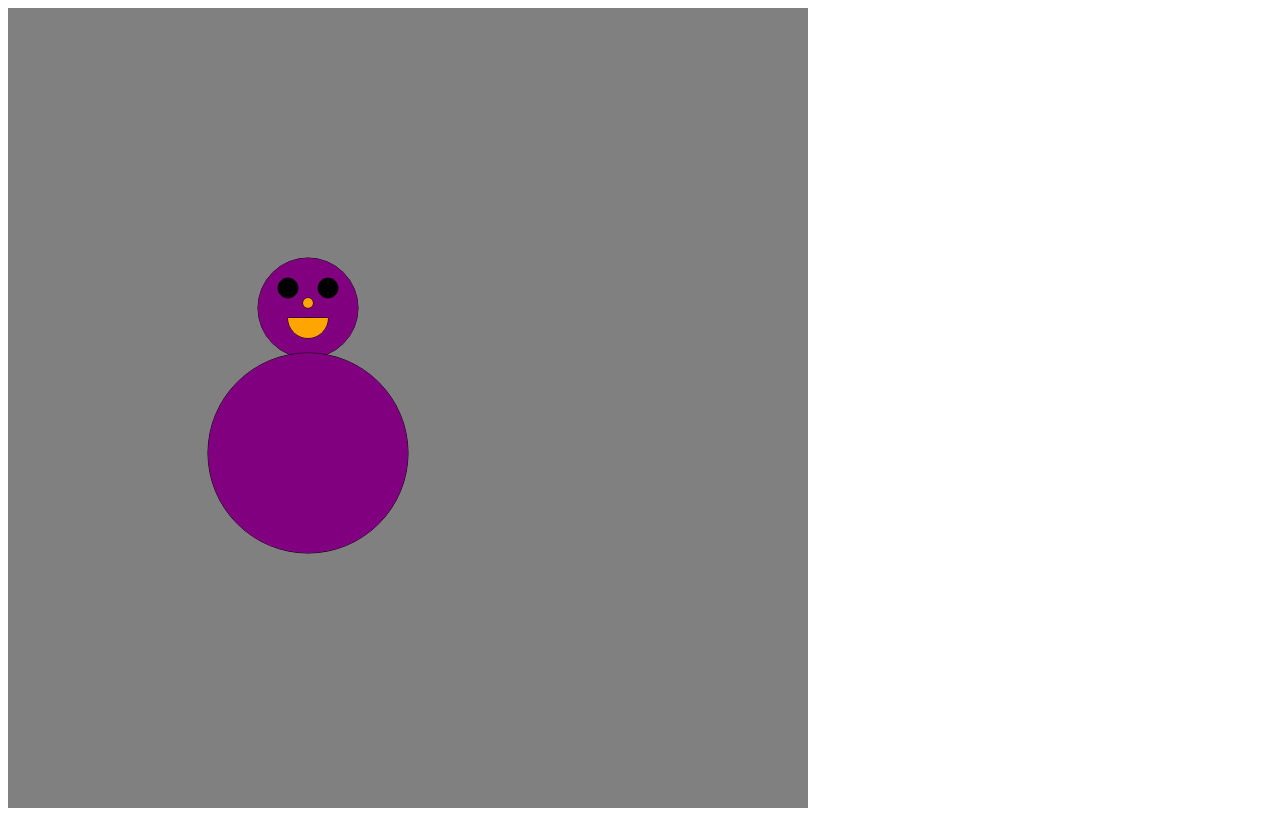
Repository: SnakeXrnt/pythonfile
Page: normalclass/2022/00_JS/36_snowman.html
These files come from the project's save history. The page is drawn as it stood at one moment and after a run of saves; the edit follows.
The browser window is 1280 px wide. The pictures show the whole page.

Above is the page before, as saved 2022-03-05 08:21:00.

### normalclass/2022/00_JS/36_snowman.html
<!DOCTYPE html>
<html lang="en">
<head>
    <meta charset="UTF-8">
    <meta http-equiv="X-UA-Compatible" content="IE=edge">
    <meta name="viewport" content="width=device-width, initial-scale=1.0">
    <title>SnowMan</title>
</head>
<body>
    <canvas id="canvas" width="800" height="800" style="background-color: grey;"></canvas>
    <script type="text/javascript">
        let canvas = document.getElementById('canvas');
        let ctx = canvas.getContext('2d');

        let circle = function (x,y,radius,color,isFilled) {
            ctx.beginPath();
            ctx.arc(x,y,radius,0,Math.PI*2,false);
            ctx.closePath();
            ctx.stroke();
            if (isFilled) {
                ctx.fillStyle = color;
                ctx.fill();
            }
        }

        let snowman = function (x,y,color) {
            let head = circle(x,y,50,color,true);
            let leftEye = circle(x-20,y-20 , 10, '#000000', true);
            let rightEye = circle(x+20,y-20 , 10, '#000000', true);

            let nose = circle(x,y-5,5,'orange',true);

            ctx.beginPath();
            ctx.arc(x,y+10,20,0,Math.PI,false);
            ctx.closePath();
            ctx.stroke();
            ctx.fill();

            let body = circle(x,y+45+100,100,color,true);

        }

        snowman(300,300,'Purple');

    </script>
</body>
</html>

After the next 2 saves:
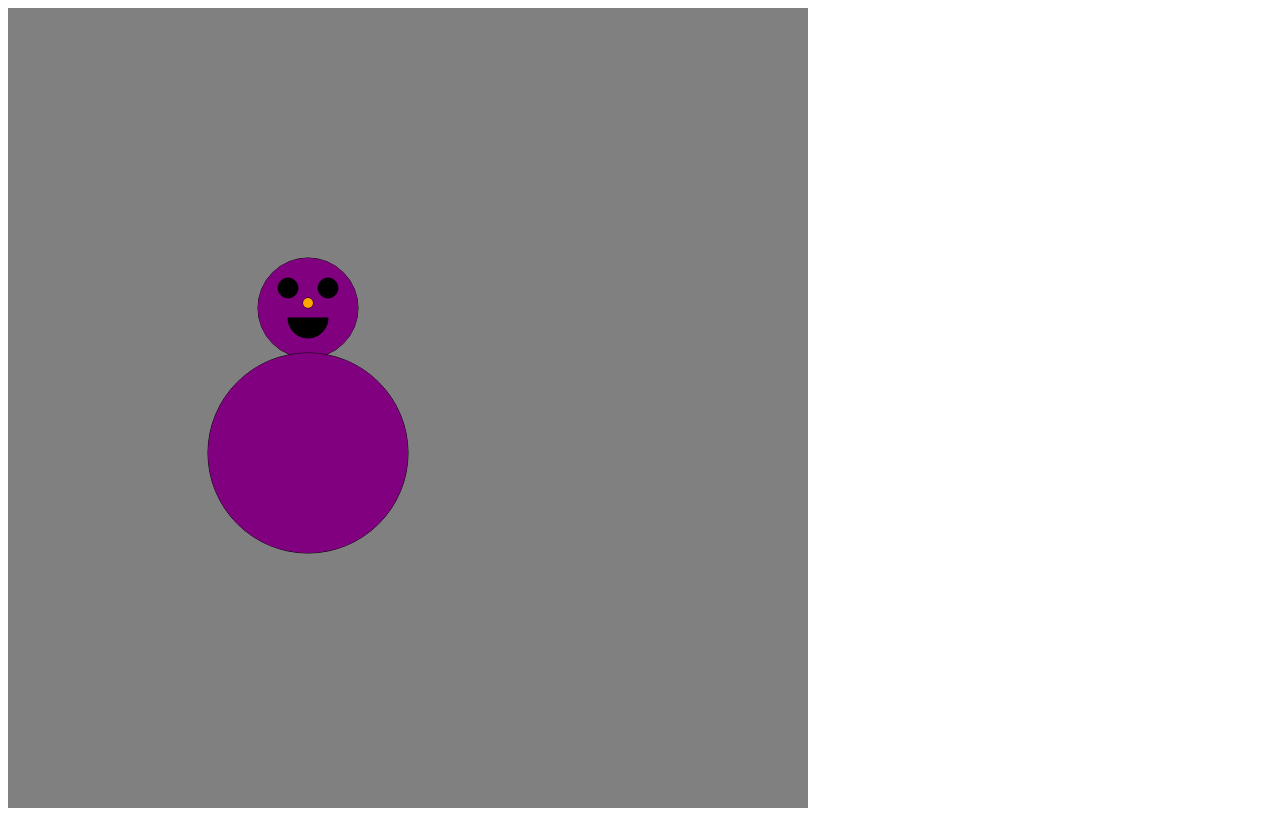
The 2 saves are shown as one change because they came seconds apart.
The last was saved 10 s later.
--- a/normalclass/2022/00_JS/36_snowman.html
+++ b/normalclass/2022/00_JS/36_snowman.html
@@ -34,6 +34,7 @@
             ctx.arc(x,y+10,20,0,Math.PI,false);
             ctx.closePath();
             ctx.stroke();
+            ctx.fillStyle = '#000000';
             ctx.fill();
 
             let body = circle(x,y+45+100,100,color,true);
